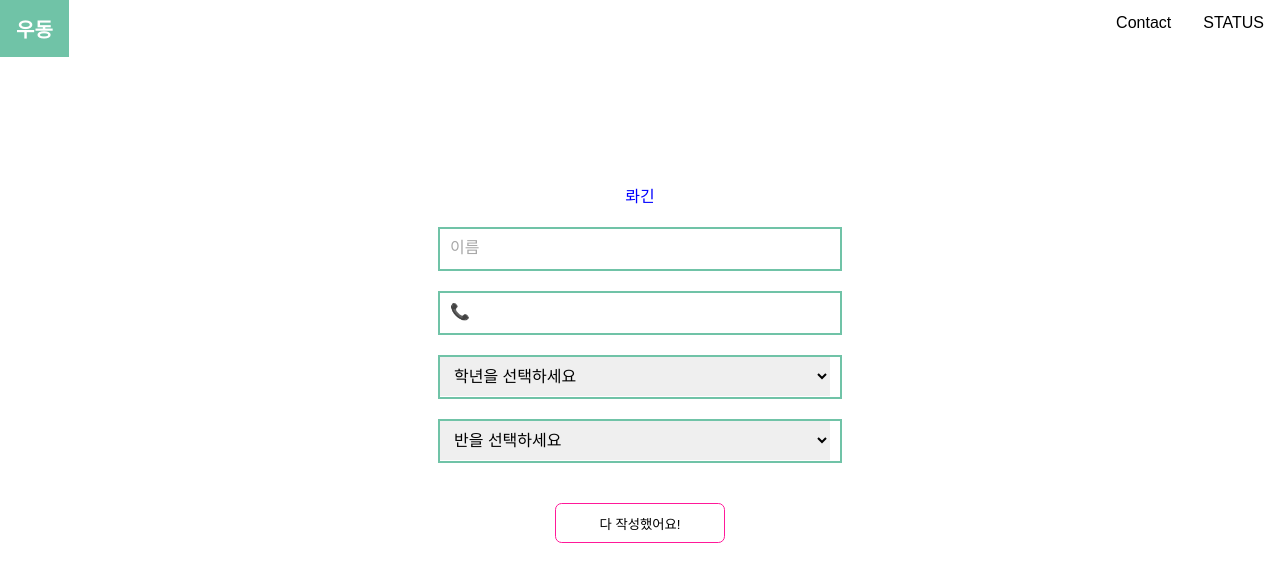
Repository: charmingjae/circles
Page: http://localhost/circles/root/login.jsp
The author's editor kept a copy of each file at every save. The page is drawn from the files as they stood at one save, then again after the next save.
The browser window is 1280 px wide. The pictures show the whole page.
Some web fonts or font styles are not loaded; a fallback is used. The page is served by Tomcat 9. Other server files are loaded and not shown.

Above is the page before, as saved 2020-07-09 15:44:09.

### circles/WebContent/root/login.jsp
<%@ page language="java" contentType="text/html; charset=UTF-8"
    pageEncoding="UTF-8"%>
<!DOCTYPE html>
<html>
<head>
	<meta charset="UTF-8">
	<title>MOJUK</title>

	<!-- Link login.css -->
	<link href="../css/login.css" rel="stylesheet" type="text/css">

</head>
<body>
	<!-- include header -->
	<%@include file ="../navbar/navbar.jsp" %>

	<!--
	2020. 07. 08.
	writer : minjae
	-->
	<form action="chkInterest.jsp" class="container" method="post" name="frmInfo">
		<div class="container">
			<span id="showRetIndex" onClick="javascript:location.href='index.jsp'" style="cursor:hand" onfocus="blur();"> 롸긴 </span>
			<div class="main">
				<input type="text" placeholder="이름">
			</div>
			<div class="main">
				<input type="text" onkeyup="inputPhoneNumber(this)" class="phoneNum" maxlength="13" placeholder="📞">
			</div>
			<div class="main">
				<select name=class>
					<option value="" disabled selected>학년을 선택하세요</option>
					<option value=1>1
					<option value=2>2
					<option value=3>3
				</select>
			</div>
			<div class="main">
				<select name=class>
					<option value="" disabled selected>반을 선택하세요</option>
					<option value="A">A
					<option value="B">B
					<option value="C">C
				</select>
			</div>

			<div class="subBtn">
				<button type="submit">다 작성했어요!</button>
			</div>
		</div>
	</form>

</body>
</html>

### circles/WebContent/navbar/navbar.jsp
<%@ page language="java" contentType="text/html; charset=UTF-8"
    pageEncoding="UTF-8"%>
<!DOCTYPE html>
<html>
<head>
<meta charset="UTF-8">
<title></title>

	<!-- Link navbar.css -->
	<link href="../css/navbar.css" rel="stylesheet" type="text/css">
</head>
	<%
		String getSession = (String)session.getAttribute("userID");
	%>
<body>
	<ul id="main-menu">
		<li class="headName" id="main-menu1"><a href="../root/index.jsp" class="headName">우동</a></li>
		<%
			if((getSession != null) && (getSession.isEmpty() == false)){
				%>
				<li style="float:right" id="main-menu2"><a class="active" href="../root/admPg.jsp"><%=getSession %>님 환영합니다.</a>
					<ul id="sub-menu">
						<li><a class="subAct" href="../mojuk/member.jsp">🍀동아리원🍀</a></li>
						<li><a class="subAct" href="../proc/logout.jsp">로그아웃</a></li>
					</ul>
				</li>
				<%
			}
			else{

				%>
				<li style="float:right"><a class="active" href="../root/status.jsp">STATUS</a></li>
				<%
			}
		%>
		<li style="float:right"><a class="active" href="../root/contact.jsp">Contact</a></li>
	</ul>
</body>
</html>

### circles/WebContent/css/login.css
@charset "UTF-8";


@import url(https://cdn.jsdelivr.net/gh/moonspam/NanumSquare@1.0/nanumsquare.css);

body {
    font-family: 'NanumSquare', sans-serif;
}

/* Chrome, iex, fire-fox Settings */
input:-ms-input-placeholder {color:#a8a8a8;}
input::-webkit-input-placeholder{color:#a8a8a8;}
input::-moz-placeholder{columns: #a8a8a8;}

/* Head Comment */
/* 나중에 px단위를 가변 단위로 바꿀 수 있으면 좋겠다. :-) */

html,body{
	height: 100%;
}

body{
	display:table-cell;
	margin: 0 auto;
	background-color: #ffffff;
}

/* .container{
	height: 100%;
	display: table-cell;
	vertical-align: middle;
	text-align:center;
	background-color: #ffffff;
} */

.container{
	position:absolute;
	left:50%;
	top:50%;
	transform: translate(-50%, -50%);
	vertical-align: middle;
	text-align:center;
}


/* login 관련 css */
#showLogin{
	font-size: 60px;
	font-weight: bold;
	display:block;
}


/* 학번 입력 div Settings */
div .main{
    height:40px;
    width: 400px;
    border: 2px solid #70c3a7;
    background: #ffffff;
    margin-top: 20px;
}

input{
	font-size: 16px;
	width: 375px;
	padding: 10px;
	border: 0px;
	outline: none;
	float: left;
}

option[value=""][disabled]{
	display:none;
}

select{
	font-size: 16px;
	width: 390px;
	padding: 10px;
	border: 0px;
	outline: none;
	float: left;
}



/* Button div Settings */

div .subBtn{
	display:inline-block;
    height:40px;
    width: 170px;
    background: #ffffff;
    margin-top: 40px;
   	border-radius: 0.5em;
}

button{
	width: 100%;
	height: 100%;
	border: 1px solid #ff1999;
	background: #ffffff;
	outline: none;
	float: right;
	color: black;
	border-radius: 0.5em;
}

button:hover{
	color: #ffffff;
	background: #ff1999;
}

#showEtc{
	margin-top:10px;
	display:block;
}

#showRetIndex{
	color: blue;
	margin-top:10px;
	display:block;
}

### circles/WebContent/css/navbar.css
@charset "UTF-8";

@import url(https://cdn.jsdelivr.net/gh/moonspam/NanumSquare@1.0/nanumsquare.css);

body {
    font-family: 'NanumSquare', sans-serif;
}

ul{
	width:100%;
	list-style-type: none;
	margin: 0;
	padding: 0;
	background-color: #ffffff;
	position:fixed;
}

li {
	float:none;
}

a {

  display: inline-block;
  color: black;
  text-align: center;
  padding: 14px 16px;
  text-decoration: none;
}

/* Change the link color to #111 (black) on hover */
a:hover {
  background-color: #70c3a7;
  color:#ffffff;
}

li .headName{
	font-weight: bold;
}

#sub-menu{
	position:absolute;
	opacity: 0;
	visibility: hidden;
}

#main-menu1{
	font-size: 20px;
}

#main-menu1, #main-menu2{
	float:left;
}

#main-menu2:hover #sub-menu{
	opacity:1;
	visibility:visible;
}
.subAct{
	width:130px !important;
}

After the next save:
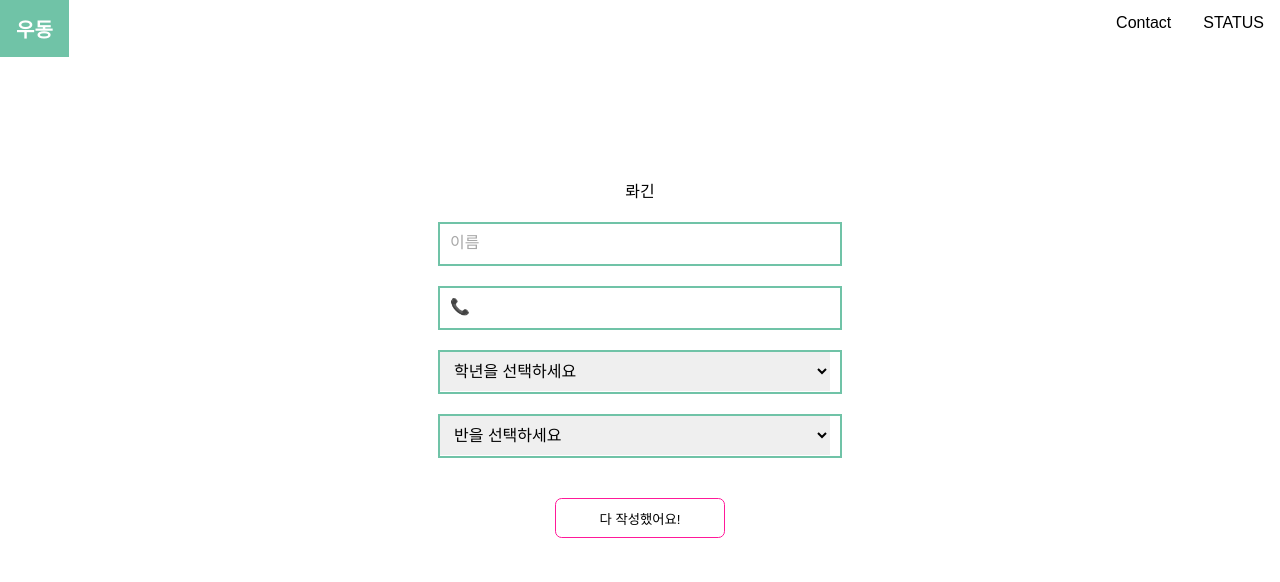
Saved 14 s later.
--- a/circles/WebContent/root/login.jsp
+++ b/circles/WebContent/root/login.jsp
@@ -20,7 +20,7 @@
 	-->
 	<form action="chkInterest.jsp" class="container" method="post" name="frmInfo">
 		<div class="container">
-			<span id="showRetIndex" onClick="javascript:location.href='index.jsp'" style="cursor:hand" onfocus="blur();"> 롸긴 </span>
+			<span id="showWelcome"> 롸긴 </span>
 			<div class="main">
 				<input type="text" placeholder="이름">
 			</div>
